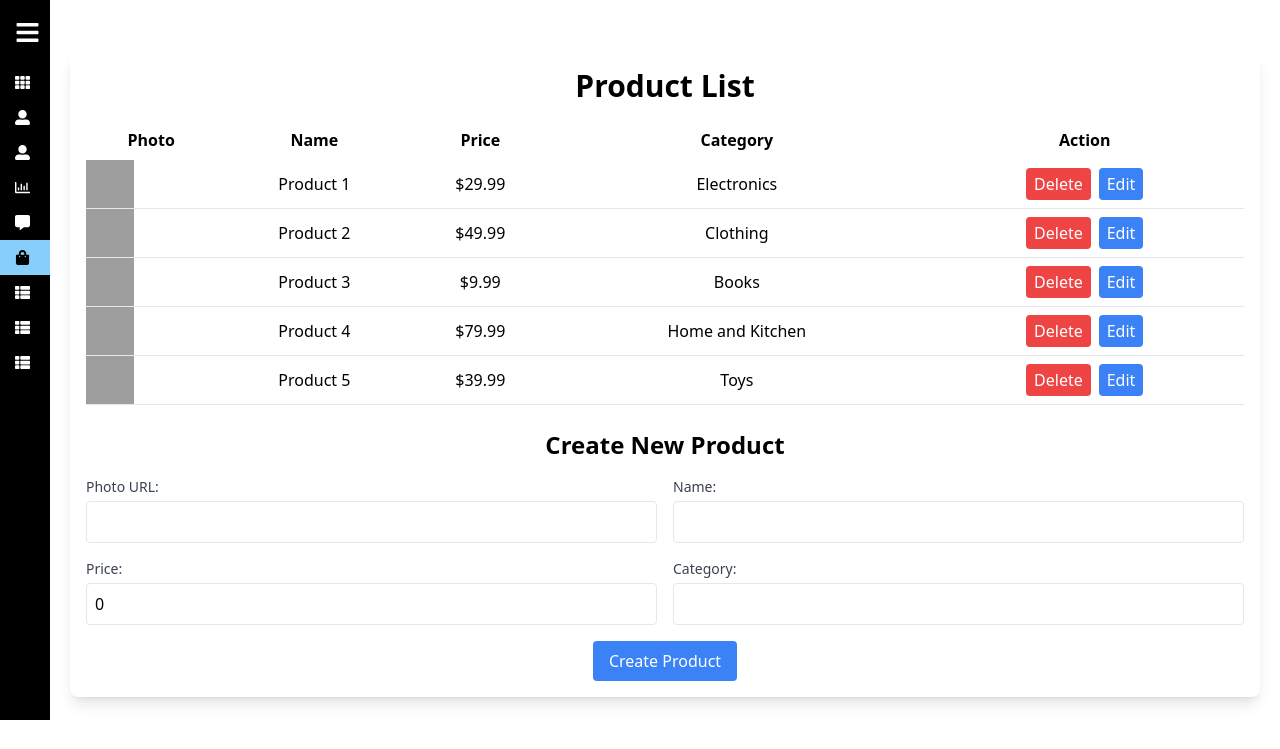
Repository: AndargWorku12/admin-dashboard
Page: /product
The author's editor kept a copy of each file at every save. The page is drawn from the files as they stood at one save, then again after the next save.
The browser window is 1280 px wide. The pictures show the whole page.
Pictures or frames that could not be fetched are drawn as grey boxes. The project was rebuilt for these pictures with package versions that can differ from the ones it lists, and the page was loaded fresh each time. Also part of the build but not shown: src/pages/Dashboard.tsx, src/pages/Orders.tsx, src/style/category.css, src/pages/Category.tsx, src/pages/Login.tsx, src/pages/Analytics.tsx, src/pages/CustemerReview.tsx, src/pages/ShopCard.tsx and 1 more.

Above is the page before, as saved 2024-01-25 03:42:29.

### src/index.tsx
import { ColorModeScript } from "@chakra-ui/react"
import * as React from "react"
import * as ReactDOM from "react-dom/client"
import App from "./App"
import './index.css'

const container = document.getElementById("root")
if (!container) throw new Error('Failed to find the root element');
const root = ReactDOM.createRoot(container)

root.render(

  <React.StrictMode>
    <ColorModeScript />
    <App />
  </React.StrictMode>,

)

### src/App.tsx

import React, {useState} from 'react';
import { BrowserRouter, Route, Routes } from 'react-router-dom';
import Sidebar from './components/Sidebar';
import Dashboard from './pages/Dashboard';
// import SignUpForm from './pages/LoginPopup'
import Orders from './pages/Orders';
import Category from './pages/Category';
import Login from './pages/Login'
import Analytics from './pages/Analytics';
import CustemerReview from './pages/CustemerReview';
import ProductList from './pages/ProductList';
import ShopCard from './pages/ShopCard';
import './App.css'
import SignUpForm from './pages/SignUpForm';




type SaleData = {
  date: string;
  amount: number;
};

type RevenueData = {
  month: string;
  revenue: number;
};

type Product = {
    id: string;
    photo: string;
    name: string;
    price: number;
    category: string;
};

type Order = {
  id: string;
  product: Product;
  quantity: number;
  totalPrice: number;
};

type CategoryType = {
  id: string;
  name: string;
};



// Sample props for components
type DashboardProps = {
  saleData: SaleData[];
  revenueData: RevenueData[];
  // ... other props
};

type AnalyticsProps = {
  salesData: SaleData[];
  // ... other props
};

type ProductProps = {
  products: Product[];
  onUpdate: (productId: string, updatedProduct: Product) => void;

};




type OrderProps = {
  orders: Order[];
  // ... other props
};

type CategoryProps = {
  categories: CategoryType[];
  // ... other props
};







const App: React.FC = () => {


// for the product page to handle
  const [products, setProducts] = useState<Product[]>([


    {
      id: '1',
      photo: 'https://img.ltwebstatic.com/images3_pi/2022/01/10/16417919016a32607182dd11dedeb77e8324b683e8_thumbnail_900x.webp',
      name: 'Product 1',
      price: 29.99,
      category: 'Electronics',
    },
    {
      id: '2',
      photo: 'https://img.ltwebstatic.com/images3_pi/2022/01/10/16417919016a32607182dd11dedeb77e8324b683e8_thumbnail_900x.webp',
      name: 'Product 2',
      price: 49.99,
      category: 'Clothing',
    },
    {
      id: '3',
      photo: 'https://img.ltwebstatic.com/images3_pi/2022/01/10/16417919016a32607182dd11dedeb77e8324b683e8_thumbnail_900x.webp',
      name: 'Product 3',
      price: 9.99,
      category: 'Books',
    },
    {
      id: '4',
      photo: 'https://img.ltwebstatic.com/images3_pi/2022/01/10/16417919016a32607182dd11dedeb77e8324b683e8_thumbnail_900x.webp',
      name: 'Product 4',
      price: 79.99,
      category: 'Home and Kitchen',
    },
    {
      id: '5',
      photo: 'https://img.ltwebstatic.com/images3_pi/2022/01/10/16417919016a32607182dd11dedeb77e8324b683e8_thumbnail_900x.webp',
      name: 'Product 5',
      price: 39.99,
      category: 'Toys',
    },



  ]);

  // Function to handle creating a new product
  const handleCreate = (newProduct: Product) => {
    setProducts((prevProducts) => [...prevProducts, newProduct]);
  };

  // Function to handle updating a product

  const handleUpdate = (productId: string, newName: string, newPrice: number) => {
    setProducts((prevProducts) =>
      prevProducts.map((product) =>
        product.id === productId
          ? { ...product, name: newName, price: newPrice }
          : product
      )
    );
  };



  // Function to handle deleting a product
  const handleDelete = (productId: string) => {
    setProducts((prevProducts) => prevProducts.filter((product) => product.id !== productId));
  };


// for category page


const [categories, setCategories] = useState<CategoryType[]>([
  { id: '1', name: 'Category 1' },
  { id: '2', name: 'Category 2' },
  { id: '3', name: 'Category 3' },
  { id: '4', name: 'Category 4' },
  { id: '5', name: 'Category 5' },
  { id: '6', name: 'Category 6' },
  { id: '7', name: 'Category 7' },
  { id: '8', name: 'Category 8' },
  { id: '9', name: 'Category 9' },
  { id: '10', name: 'Category 10' },

]);

// Function to handle creating a new category
const handleCreateCategory = (newCategory: CategoryType) => {
  setCategories((prevCategories) => [...prevCategories, newCategory]);
};

const handleUpdateCategory = (categoryId: string, newName: string) => {
  setCategories((prevCategories) =>
    prevCategories.map((category) =>
      category.id === categoryId ? { ...category, name: newName } : category
    )
  );
};

// Function to handle deleting a category
const handleDeleteCategory = (categoryId: string) => {
  setCategories((prevCategories) => prevCategories.filter((category) => category.id !== categoryId));
};

  const saleData: SaleData[] = [
    { date: '2022-01-01', amount: 100 },
    { date: '2022-01-02', amount: 150 },
    { date: '2022-01-03', amount: 200 },
    { date: '2022-01-04', amount: 120 },
    { date: '2022-01-05', amount: 180 },
    { date: '2022-01-06', amount: 90 },
    { date: '2022-01-07', amount: 110 },
    { date: '2022-01-08', amount: 130 },
    { date: '2022-01-09', amount: 170 },
    { date: '2022-01-10', amount: 160 },
  ];

  const revenueData: RevenueData[] = [
    { month: 'January', revenue: 500 },
    { month: 'February', revenue: 700 },
    { month: 'March', revenue: 600 },
    { month: 'April', revenue: 800 },
    { month: 'May', revenue: 900 },
    { month: 'June', revenue: 750 },
    { month: 'July', revenue: 850 },
    { month: 'August', revenue: 950 },
    { month: 'September', revenue: 700 },
    { month: 'October', revenue: 850 },
  ];


   const [orders, setOrders] = useState<Order[]>([
    { id: '1', product: products[0], quantity: 2, totalPrice: 234 },
    { id: '2', product: products[2], quantity: 1, totalPrice: 234 },
    { id: '3', product: products[4], quantity: 3, totalPrice: 234 },
    { id: '4', product: products[6], quantity: 2, totalPrice: 234 },
    { id: '5', product: products[8], quantity: 1, totalPrice: 234 },
    { id: '6', product: products[1], quantity: 2, totalPrice: 234 },
    { id: '7', product: products[3], quantity: 3, totalPrice: 234 },
    { id: '8', product: products[5], quantity: 1, totalPrice: 234 },
    { id: '9', product: products[7], quantity: 2, totalPrice: 234 },
    { id: '10', product: products[9], quantity: 1, totalPrice: 234 },

   ]);

  // Function to create a new order
  const handleCreateOrder = (newOrder: Order) => {
    setOrders((prevOrders) => [...prevOrders, newOrder]);
  };

  // Function to delete an order
  const handleDeleteOrder = (orderId: string) => {
    const updatedOrders = orders.filter(order => order.id !== orderId);
    setOrders(updatedOrders);
  };

  // Function to update an order
  const handleUpdateOrder = (orderId: string, updatedOrder: Order) => {
    // Placeholder implementation: Updating the order in the list
    setOrders((prevOrders) =>
      prevOrders.map((order) =>
        order.id === orderId ? { ...order, ...updatedOrder } : order
      )
    );
  };

  return (
    <BrowserRouter>
    <Sidebar>
      <Routes>
        <Route path="/" element={<Dashboard saleData={saleData} revenueData={revenueData} />} />
        <Route path="/dashboard" element={<Dashboard saleData={saleData} revenueData={revenueData} />} />
       <Route path="/login" element={<Login/>}/>
        <Route path="/signup" element={<SignUpForm />} />
        <Route path="/review"element={<CustemerReview username="John" joinedDate="2022-01-01" reviewDate="2022-01-15" reviewText="Lorem ipsum" />}
/>

        <Route path="/analytics" element={<Analytics saleData={saleData} />} />
        <Route
  path="/product"
  element={<ProductList products={products} onCreate={handleCreate} onDelete={handleDelete} onUpdate={handleUpdate} />}
/>
        <Route path="/shop" element={<ShopCard />} />
        <Route
        path="/orders"
        element={
          <Orders
            orders={orders}
            onCreateOrder={handleCreateOrder}
            onDeleteOrder={handleDeleteOrder}
            onUpdateOrder={handleUpdateOrder}
          />
        }
      />

        <Route
            path="/category"
            element={<Category categories={categories} onCreate={handleCreateCategory} onDelete={handleDeleteCategory} onUpdate={handleUpdateCategory} />}
          />

      </Routes>
    </Sidebar>
  </BrowserRouter>
  );
};

export default App;

### src/components/Sidebar.tsx
import React, { useState } from 'react';
import ReactNode from "react";
import {
    FaTh,
    FaBars,
    FaUserAlt,
    FaRegChartBar,
    FaCommentAlt,
    FaShoppingBag,
    FaThList
} from 'react-icons/fa';
import { NavLink, NavLinkProps } from 'react-router-dom';



interface MenuItem {
    path: string;
    name: string;
    icon: JSX.Element;
}

interface SidebarProps {
  children: React.ReactNode;
}
    const Sidebar: React.FC<React.PropsWithChildren<{}>> = ({ children }) => {
    const [isOpen, setIsOpen] = useState(false);

    const toggle = () => setIsOpen(!isOpen);

    const menuItems: MenuItem[] = [
        {
            path: '/',
            name: 'Dashboard',
            icon: <FaTh />,
        },
        {
            path: '/login',
            name: 'Login',
            icon: <FaUserAlt />,
        },
        {
          path: '/signup',
          name: 'Register form',
          icon: <FaUserAlt />,
      },
        {
            path: '/analytics',
            name: 'Analytics',
            icon: <FaRegChartBar />,
        },
        {
            path: '/review',
            name: 'CustemerReview',
            icon: <FaCommentAlt />,
        },
        {
            path: '/product',
            name: 'Product',
            icon: <FaShoppingBag />,
        },
        {
            path: '/category',
            name: 'Category List',
            icon: <FaThList />,
        },
        {
          path: '/orders',
          name: 'Orders',
          icon: <FaThList />,
      },
      {
        path: '/shop',
        name: 'Sample product',
        icon: <FaThList />,
    },
    ];

    return (
        <div className="container">
            <div style={{ width: isOpen ? '200px' : '50px' }} className="sidebar">
                <div className="top_section">
                    <h1 style={{ display: isOpen ? 'block' : 'none' }} className="logo">
                        Logo
                    </h1>
                    <div style={{ marginLeft: isOpen ? '50px' : '0px' }} className="bars">
                        <FaBars onClick={toggle} />
                    </div>
                </div>
                {menuItems.map((item, index) => (
                    <NavLink to={item.path} key={index} className="link"
                    //  activeClassName="active"
                     >
                        <div className="icon">{item.icon}</div>
                        <div style={{ display: isOpen ? 'block' : 'none' }} className="link_text text-sm">
                            {item.name}
                        </div>
                    </NavLink>
                ))}
            </div>
            <main>{children}</main>
        </div>
    );
};

export default Sidebar;

### src/pages/ProductList.tsx
import React, { useState } from 'react';

interface Product {
  id: string;
  photo: string;
  name: string;
  price: number;
  category: string;
}

interface ProductListProps {
  products: Product[];
  onCreate: (newProduct: Omit<Product, 'id'> & { id?: string }) => void;
  onDelete: (productId: string) => void;
  onUpdate: (productId: string, newName: string, newPrice: number) => void;
}

const ProductList: React.FC<ProductListProps> = ({ products, onCreate, onDelete, onUpdate }) => {
  const [newProduct, setNewProduct] = useState<Omit<Product, 'id'> & { id?: string }>({
    photo: '',
    name: '',
    price: 0,
    category: '',
  });
  const [editingProduct, setEditingProduct] = useState<Product | null>(null);

  const handleCreateProduct = () => {
    onCreate({ ...newProduct, id: Date.now().toString() });
    setNewProduct({
      photo: '',
      name: '',
      price: 0,
      category: '',
    });
  };

  const handleUpdateProduct = () => {
    if (editingProduct) {
      onUpdate(editingProduct.id, editingProduct.name, editingProduct.price);
      setEditingProduct(null);
    }
  };

  const handleDeleteProduct = (id: string) => {
    onDelete(id);
  };

  const handleEditProduct = (product: Product) => {
    setEditingProduct(product);
  };

  return (
    <div className="container mx-auto my-8 p-4 bg-white shadow-lg rounded-lg block gap-64 text-center">
      <h2 className="text-3xl font-bold mb-4">Product List</h2>
      <table className="w-full">
        <thead>
          <tr>
            <th className="py-2">Photo</th>
            <th className="py-2">Name</th>
            <th className="py-2">Price</th>
            <th className="py-2">Category</th>
            <th className="py-2">Action</th>
          </tr>
        </thead>
        <tbody>
          {products.map((product) => (
            <tr key={product.id} className="border-b">
              <td>
                <img src={product.photo} alt={product.name} className="w-12 h-12 object-cover" />
              </td>
              <td className="py-2">{product.name}</td>
              <td className="py-2">${product.price.toFixed(2)}</td>
              <td className="py-2">{product.category}</td>
              <td className="py-2">
                <button
                  onClick={() => handleDeleteProduct(product.id)}
                  className="bg-red-500 text-white px-2 py-1 rounded mr-2"
                >
                  Delete
                </button>
                <button
                  onClick={() => handleEditProduct(product)}
                  className="bg-blue-500 text-white px-2 py-1 rounded"
                >
                  Edit
                </button>
              </td>
            </tr>
          ))}
        </tbody>
      </table>

      <h2 className="text-2xl font-bold mt-6 mb-4">
        {editingProduct ? 'Edit Product' : 'Create New Product'}
      </h2>
      <div className="grid grid-cols-2 gap-4 text-start">
        <div>
          <label htmlFor="productPhoto" className="block text-sm font-medium text-gray-700">
            Photo URL:
          </label>
          <input
            type="text"
            id="productPhoto"
            value={editingProduct ? editingProduct.photo : newProduct.photo}
            onChange={(e) =>
              editingProduct
                ? setEditingProduct({ ...editingProduct, photo: e.target.value })
                : setNewProduct({ ...newProduct, photo: e.target.value })
            }
            className="mt-1 p-2 border rounded w-full"
          />
        </div>
        <div>
          <label htmlFor="productName" className="block text-sm font-medium text-gray-700">
            Name:
          </label>
          <input
            type="text"
            id="productName"
            value={editingProduct ? editingProduct.name : newProduct.name}
            onChange={(e) =>
              editingProduct
                ? setEditingProduct({ ...editingProduct, name: e.target.value })
                : setNewProduct({ ...newProduct, name: e.target.value })
            }
            className="mt-1 p-2 border rounded w-full"
          />
        </div>
        <div>
          <label htmlFor="productPrice" className="block text-sm font-medium text-gray-700">
            Price:
          </label>
          <input
            type="number"
            id="productPrice"
            value={editingProduct ? editingProduct.price : newProduct.price}
            onChange={(e) =>
              editingProduct
                ? setEditingProduct({ ...editingProduct, price: +e.target.value })
                : setNewProduct({ ...newProduct, price: +e.target.value })
            }
            className="mt-1 p-2 border rounded w-full"
          />
        </div>
        <div>
          <label htmlFor="productCategory" className="block text-sm font-medium text-gray-700">
            Category:
          </label>
          <input
            type="text"
            id="productCategory"
            value={editingProduct ? editingProduct.category : newProduct.category}
            onChange={(e) =>
              editingProduct
                ? setEditingProduct({ ...editingProduct, category: e.target.value })
                : setNewProduct({ ...newProduct, category: e.target.value })
            }
            className="mt-1 p-2 border rounded w-full"
          />
        </div>
      </div>
      <button
        onClick={editingProduct ? handleUpdateProduct : handleCreateProduct}
        className="mt-4 bg-blue-500 text-white px-4 py-2 rounded"
      >
        {editingProduct ? 'Update Product' : 'Create Product'}
      </button>
    </div>
  );
};

export default ProductList;

### src/App.css
* {
    margin: 0;
    padding: 0;
    text-decoration: none;
}

.container {
    display: flex;
}

main {
    width: 100%;
    padding: 20px;
}

.sidebar {
    background: #000;
    color: #fff;
    height: 100vh;
    width: 200px;
    transition: all 0.5s;
}

.top_section {
    display: flex;
    align-items: center;
    padding: 20px 15px;
}

.logo {
    font-size: 30px;
}

.bars {
    display: flex;
    font-size: 25px;
    margin-left: 50px;
}

.link {
    display: flex;
    color: #fff;
    padding: 10px 15px;
    gap: 15px;
    transition: all 0.5s;
}

.link:hover {
    background: lightskyblue;
    color: #000;
    transition: all 0.5s;
}

.active {
    background: lightskyblue;
    color: #000;
}

.icon,
.link_text {
    font-size: 15px;
}

Loaded but not shown: public/index.html (common file); src/index.css (common file); tailwind.config.js (common file)

After the next save:
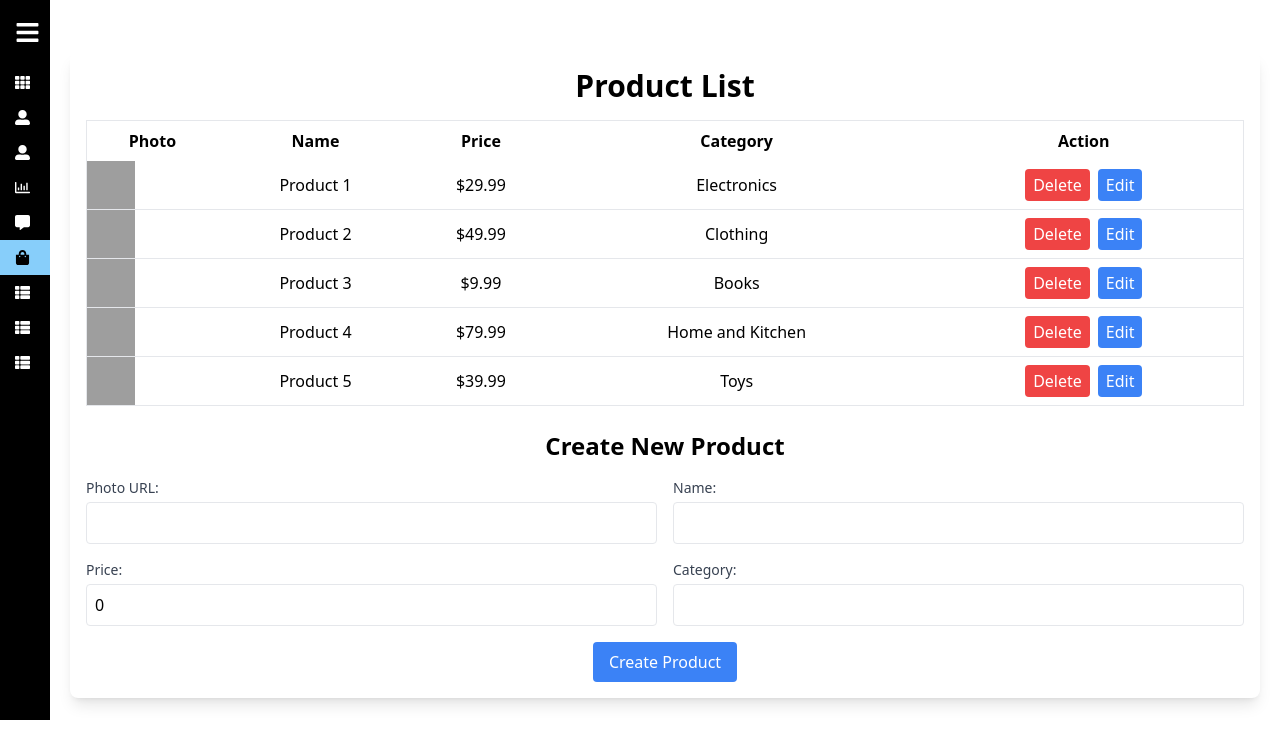
Saved 4 min 5 s later.
--- a/src/pages/ProductList.tsx
+++ b/src/pages/ProductList.tsx
@@ -52,7 +52,7 @@ const ProductList: React.FC<ProductListProps> = ({ products, onCreate, onDelete,
   return (
     <div className="container mx-auto my-8 p-4 bg-white shadow-lg rounded-lg block gap-64 text-center">
       <h2 className="text-3xl font-bold mb-4">Product List</h2>
-      <table className="w-full">
+      <table className="w-full border">
         <thead>
           <tr>
             <th className="py-2">Photo</th>
